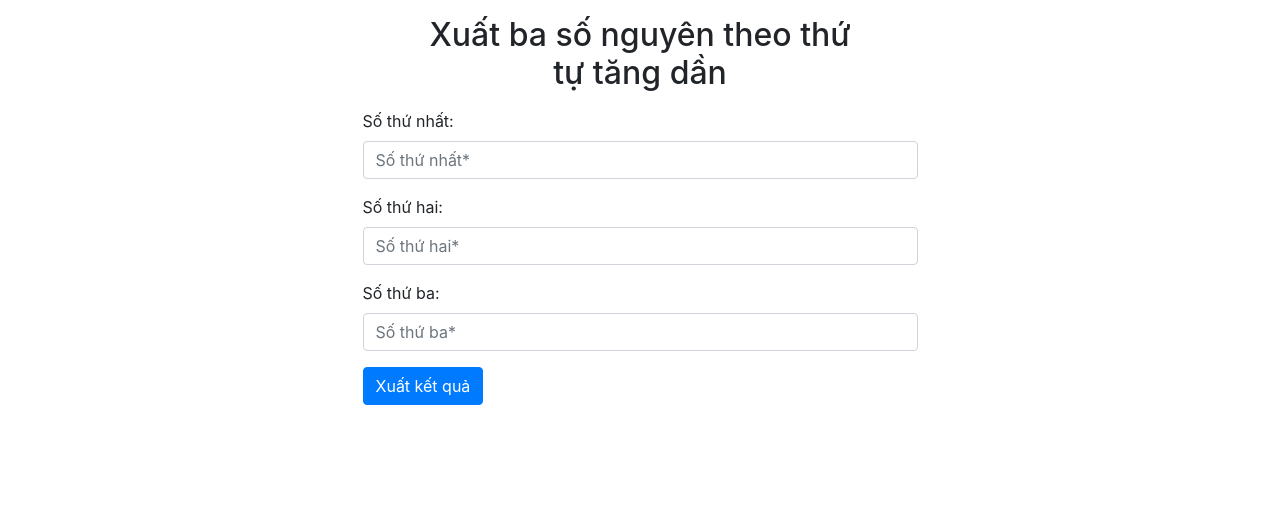
Repository: dovanthao2404/BC14_BaiTap_JS_Buoi_4_dovanthao
Page: html/bai1.html
An editor plug-in stored every save of this project. The page is shown before and after a run of saves, followed by the edit.
The browser window is 1280 px wide. The pictures show the whole page.

Above is the page before, as saved 2021-07-02 00:29:59.

After the next 2 saves:
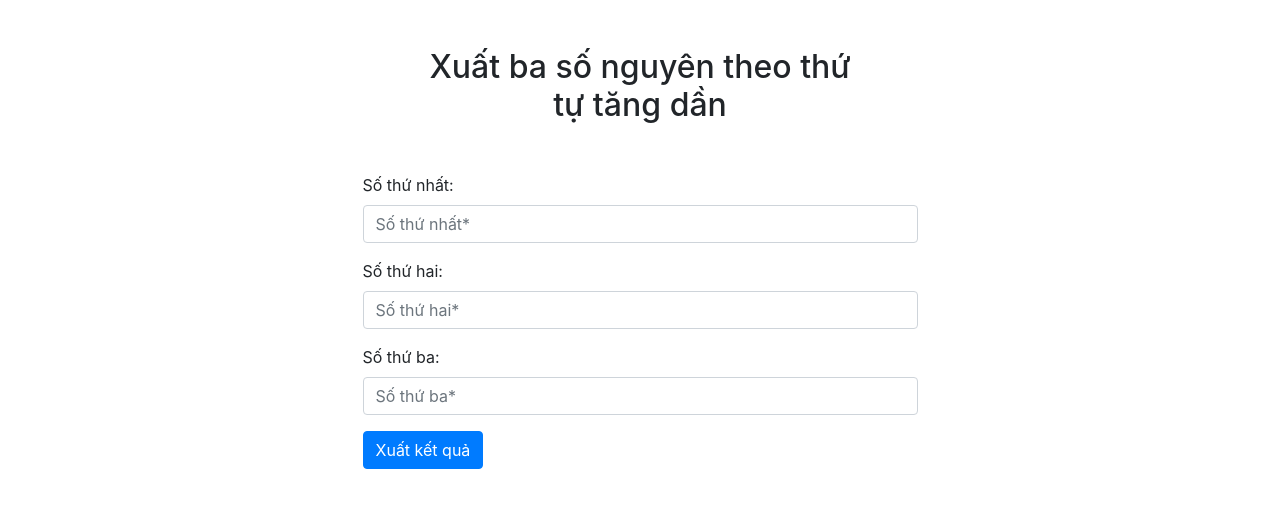
The 2 saves are shown as one change because they came seconds apart.
The last was saved 7 s later.
--- a/html/bai1.html
+++ b/html/bai1.html
@@ -15,7 +15,7 @@
 <body>
   <div class="container">
     <form class="w-50 mx-auto">
-      <h2 class="text-center px-5 my-3">Xuất ba số nguyên theo thứ tự tăng dần</h2>
+      <h2 class="text-center px-5 my-5">Xuất ba số nguyên theo thứ tự tăng dần</h2>
       <div class="form-group">
         <label for="number-1">Số thứ nhất: </label>
         <input type="text" name="" id="number-1" class="form-control" placeholder="Số thứ nhất*">
